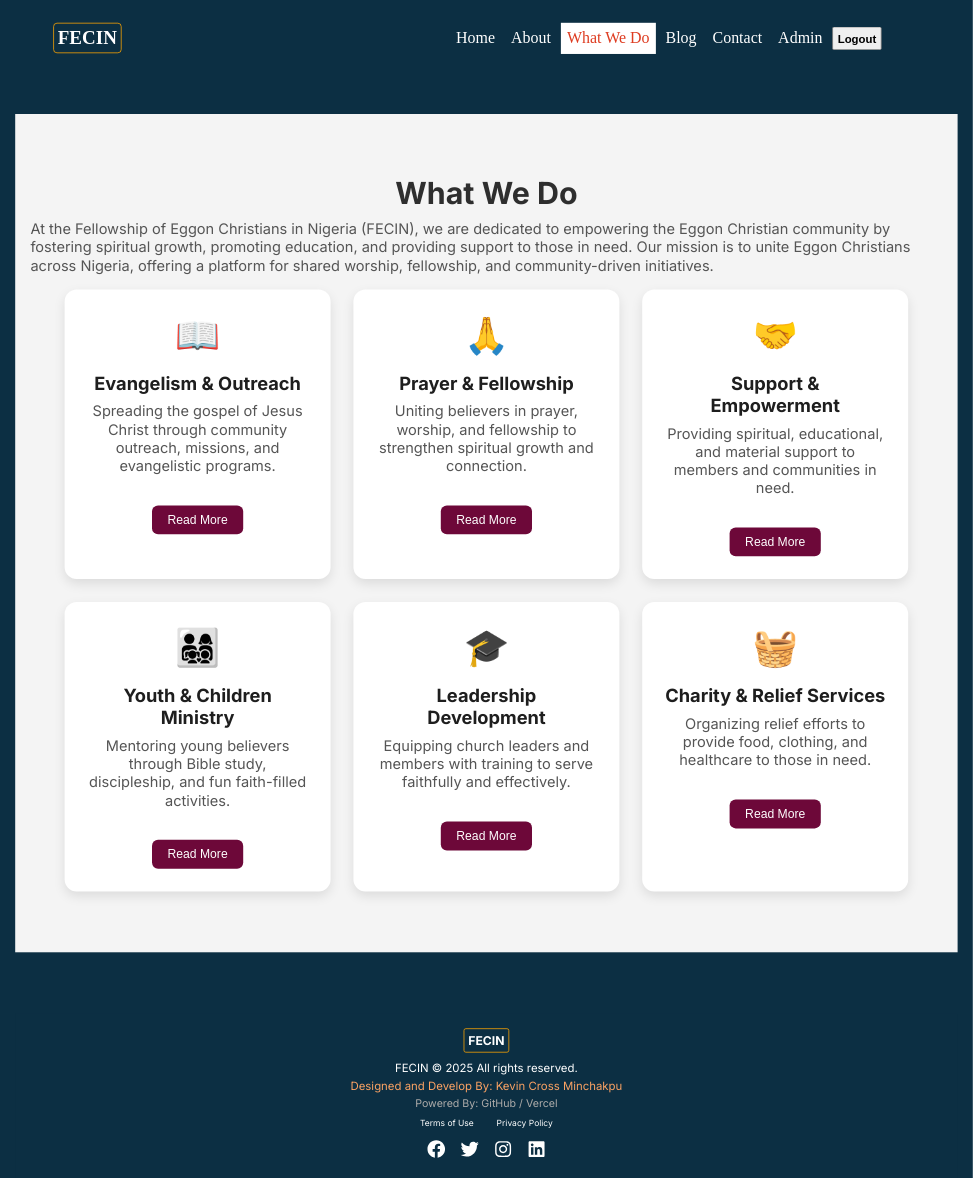
Repository: KCMinchakpu/fecin-projectgs497
Page: /whatwedo
These files come from the project's save history. The page is drawn as it stood at one moment and after the next save; the edit follows.
The browser window is 1280 px wide. The pictures show the whole page, at 76% of full size.
The project was rebuilt for these pictures with package versions that can differ from the ones it lists, and the page was loaded fresh each time. The framework's server and built-in components were replaced by stand-ins that run in the browser. Also part of the build but not shown: next.config.mjs.

Above is the page before, as saved 2025-04-05 20:07:47.

After the next save:
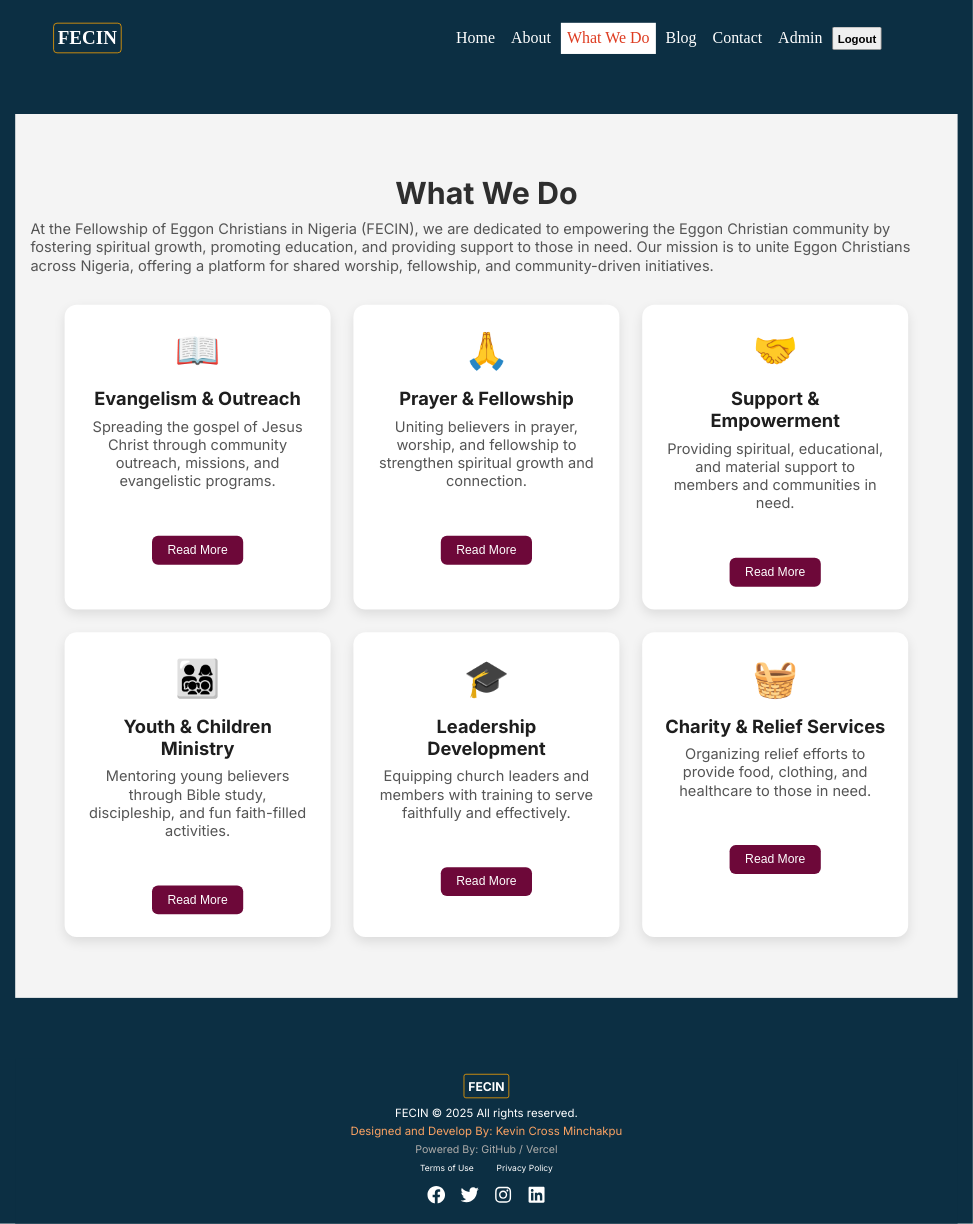
Saved 35 s later.
--- a/src/app/whatwedo/WhatWeDoPage.module.css
+++ b/src/app/whatwedo/WhatWeDoPage.module.css
@@ -55,8 +55,7 @@
   .description {
     color: #555;
     font-size: 1.2rem;
-    margin-top: 0px;
-    margin-bottom: 20px;
+    margin-bottom: 40px;
   }
 
   .button {
